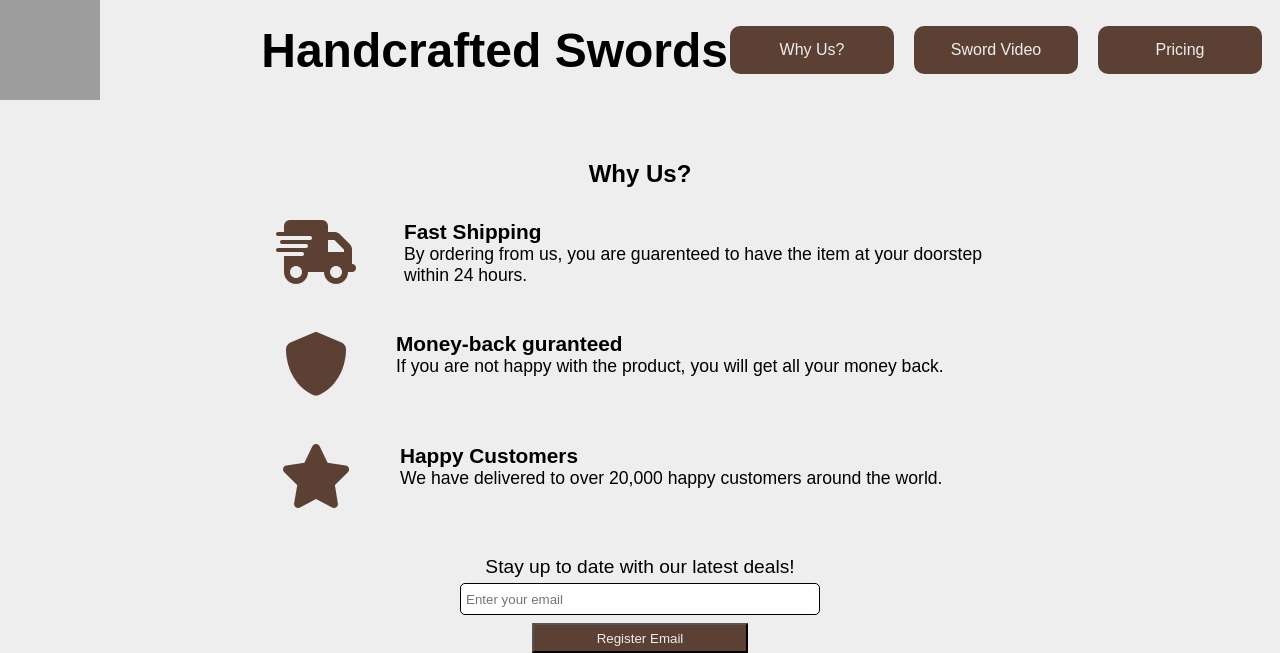
Repository: Pafestivo/Product-Landing-Page
Page: index.html
These files come from the project's save history. The page is drawn as it stood at one moment and after the next save; the edit follows.
The browser window is 1280 px wide. The pictures show the part of the page from y = 0 to 653 px (the page is 972 px tall).
Pictures or frames that could not be fetched are drawn as grey boxes. Some web libraries are served in a nearby version.

Above is the page before, as saved 2022-09-15 19:29:10.

After the next save:
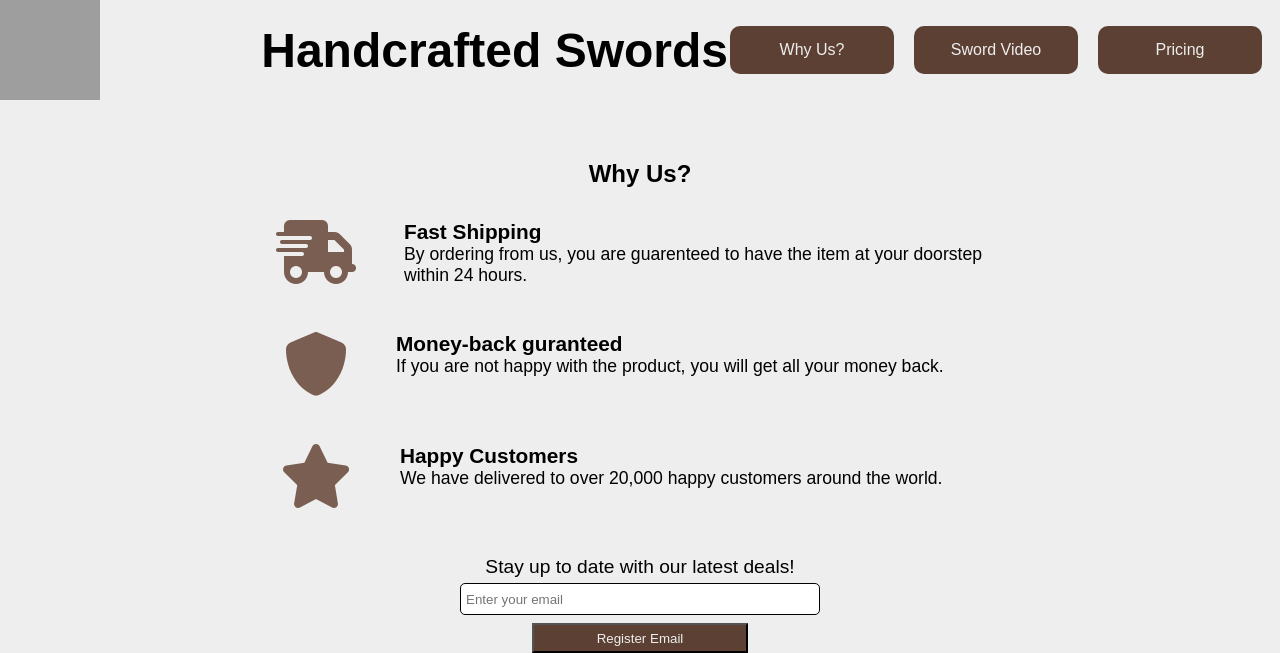
Saved 23 s later.
--- a/styles.css
+++ b/styles.css
@@ -81,7 +81,7 @@
 }
 
 .fa-solid {
-  color: #5C4033;
+  color: rgb(122, 94, 81);
   padding: 0 3rem 3rem 0;
 }
 /* End of why us */
